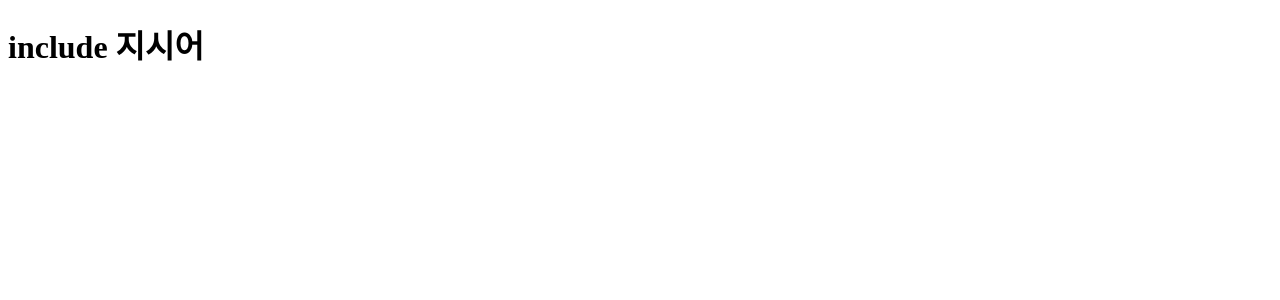
Repository: 1400CP/05_server-workspace1
Page: http://localhost/2_JSP/views/03_directiveInclude.jsp
An editor plug-in stored every save of this project. The page is shown before and after the next save, followed by the edit.
The browser window is 1280 px wide. The pictures show the whole page.
The page is served by Tomcat 9.

Above is the page before, as saved 2025-02-14 07:45:06.

### 2_JSP/WebContent/views/03_directiveInclude.jsp
<%@ page language="java" contentType="text/html; charset=UTF-8"
    pageEncoding="UTF-8"%>
<!DOCTYPE html>
<html>
<head>
<meta charset="UTF-8">
<title>Insert title here</title>
</head>
<body>

	<h1>include 지시어</h1>



</body>
</html>

After the next save:
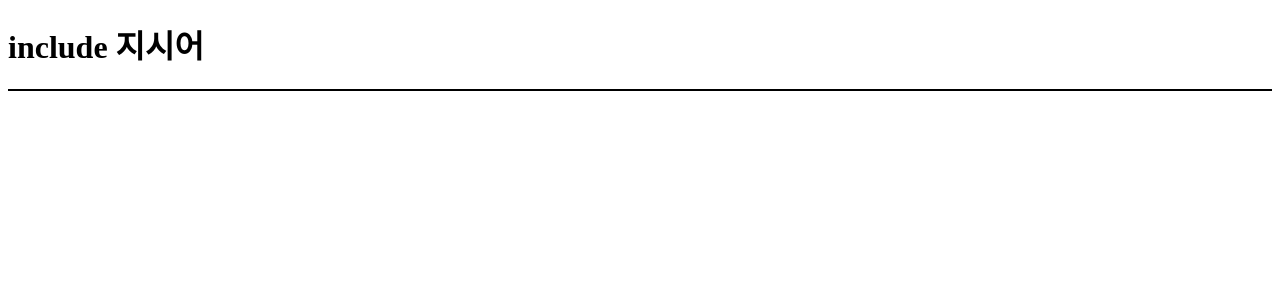
Saved 30 s later.
--- a/2_JSP/WebContent/views/03_directiveInclude.jsp
+++ b/2_JSP/WebContent/views/03_directiveInclude.jsp
@@ -10,7 +10,9 @@
 
 	<h1>include 지시어</h1>
 
+	<div style="border: 1px solid black">
 
+	</div>
 
 </body>
 </html>
